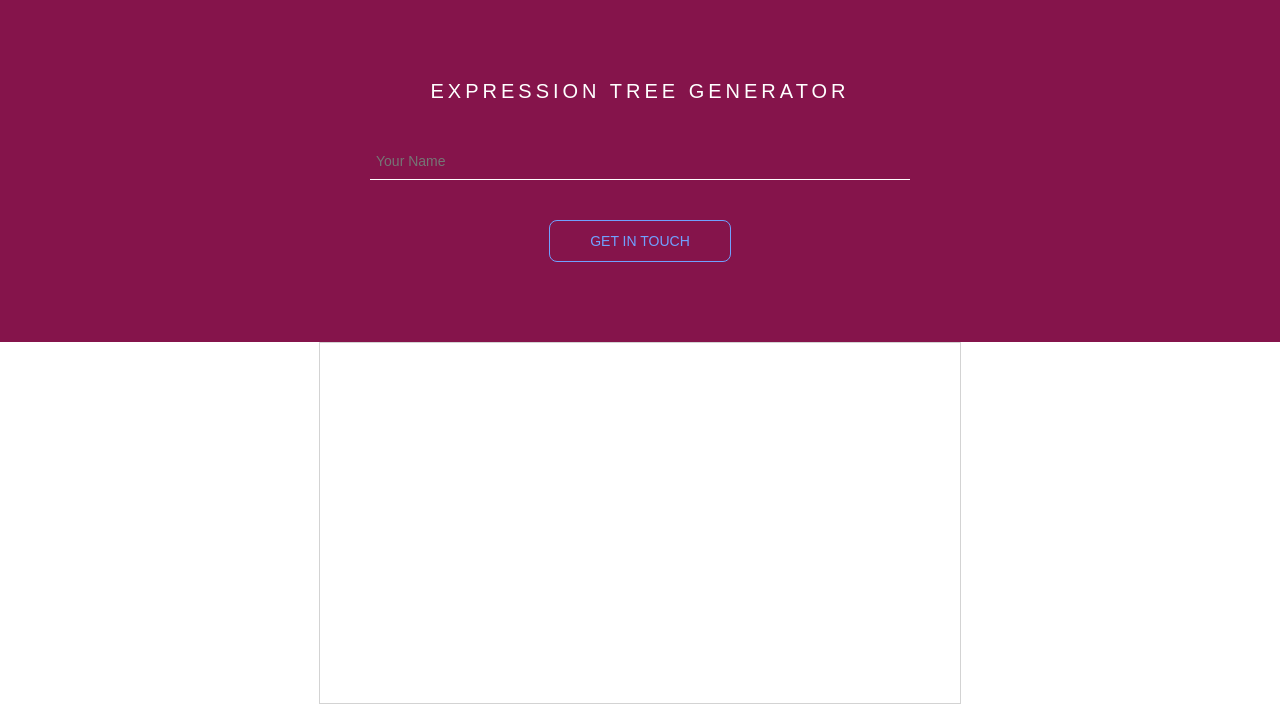
Repository: lnogueir/expression-tree-gen
Page: index.html
An editor plug-in stored every save of this project. The page is shown before and after the next save, followed by the edit.
The browser window is 1280 px wide. The pictures show the whole page.

Above is the page before, as saved 2020-03-15 19:10:34.

After the next save:
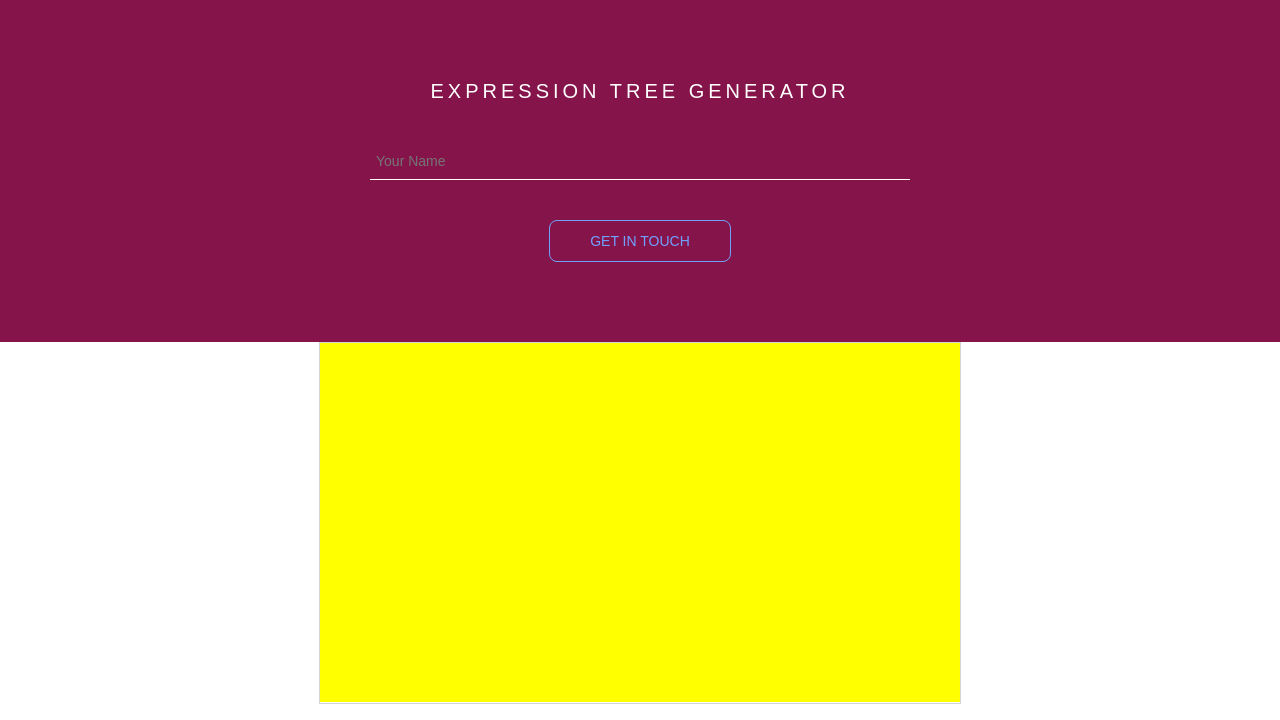
Saved 4 s later.
--- a/app.css
+++ b/app.css
@@ -75,7 +75,7 @@
     margin: auto;
     height: 50vh;
     width: 50vw;
-    background: #FFF;
+    background: yellow;
 }
 
 canvas{
